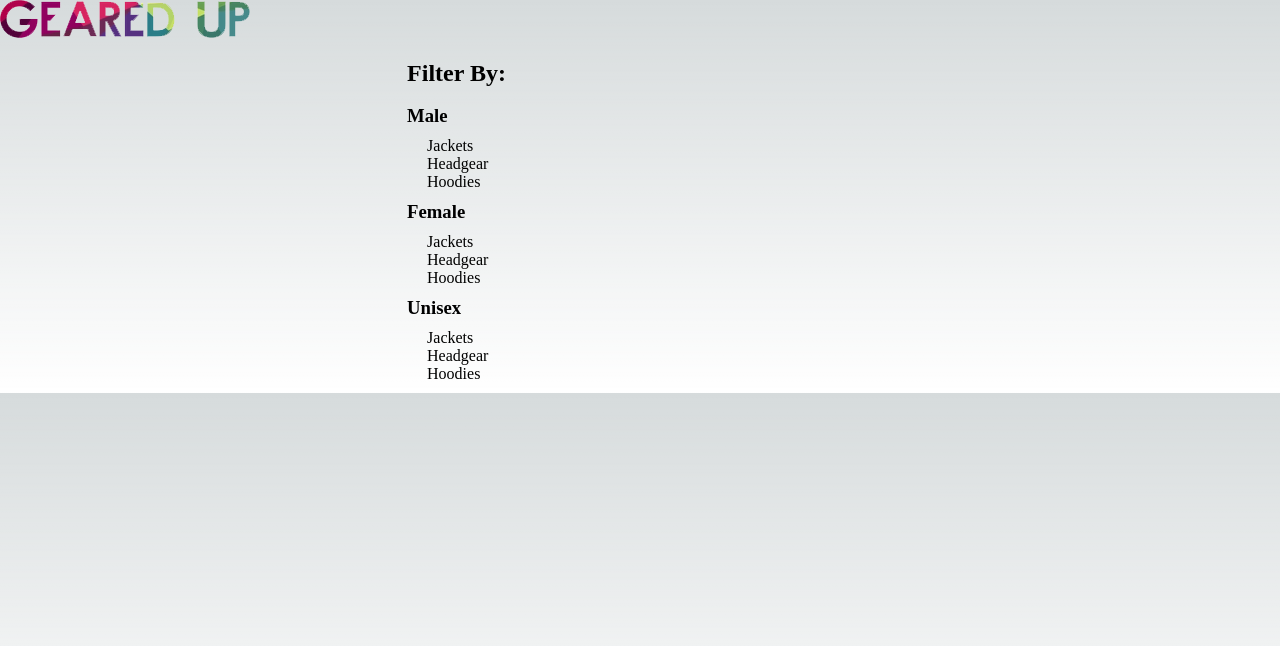
Repository: anoncoderin/madhu-dcd-gearup-assignment2
Page: /
These files come from the project's save history. The page is drawn as it stood at one moment and after a run of saves; the edit follows.
The browser window is 1280 px wide. The pictures show the whole page.
The project was rebuilt for these pictures with package versions that can differ from the ones it lists, and the page was loaded fresh each time. The framework's server and built-in components were replaced by stand-ins that run in the browser. Also part of the build but not shown: next.config.js.

Above is the page before, as saved 2023-03-05 18:03:19.

After the next 5 saves:
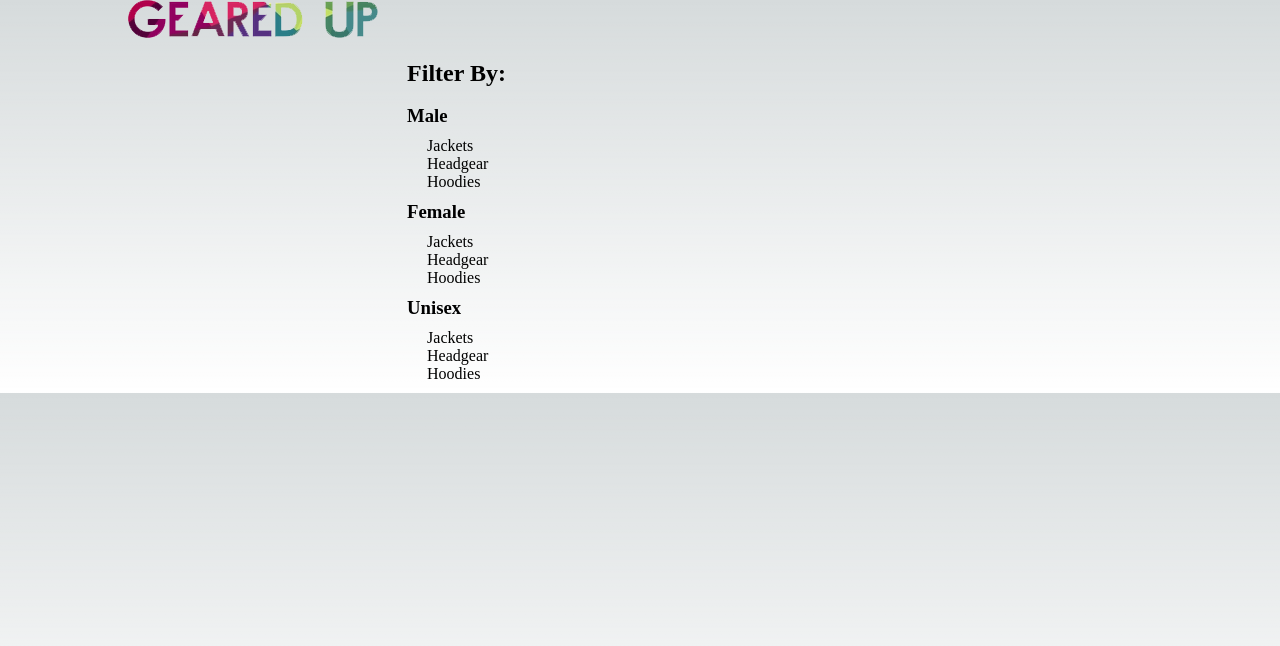
The 5 saves are shown as one change because they came seconds apart.
The last was saved 12 s later.
--- a/styles/Home.module.css
+++ b/styles/Home.module.css
@@ -34,7 +34,7 @@
  padding : 10px;
 }
 .logo{
-
+  margin-left: 10vw;
 }
 
 
